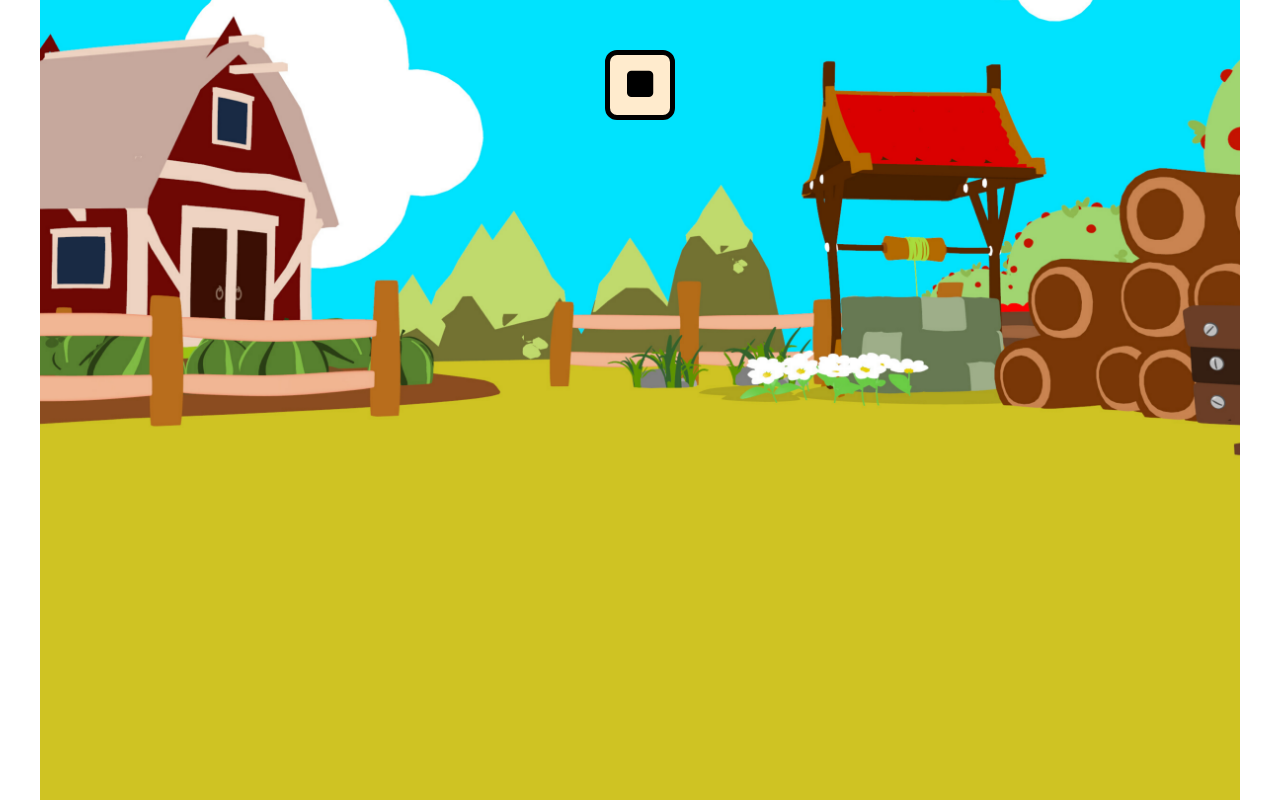
Repository: keehoonjung/Bug-Game
Page: index.html
These files come from the project's save history. The page is drawn as it stood at one moment and after the next save; the edit follows.
The browser window is 1280 px wide. The pictures show the whole page.
After loading, the first visible `button.play__btn` was clicked once.
Some web libraries are served in a nearby version.

Above is the page before, as saved 2021-08-11 19:55:13.
Console error: ReferenceError: CARROT_COUNT is not defined

After the next save:
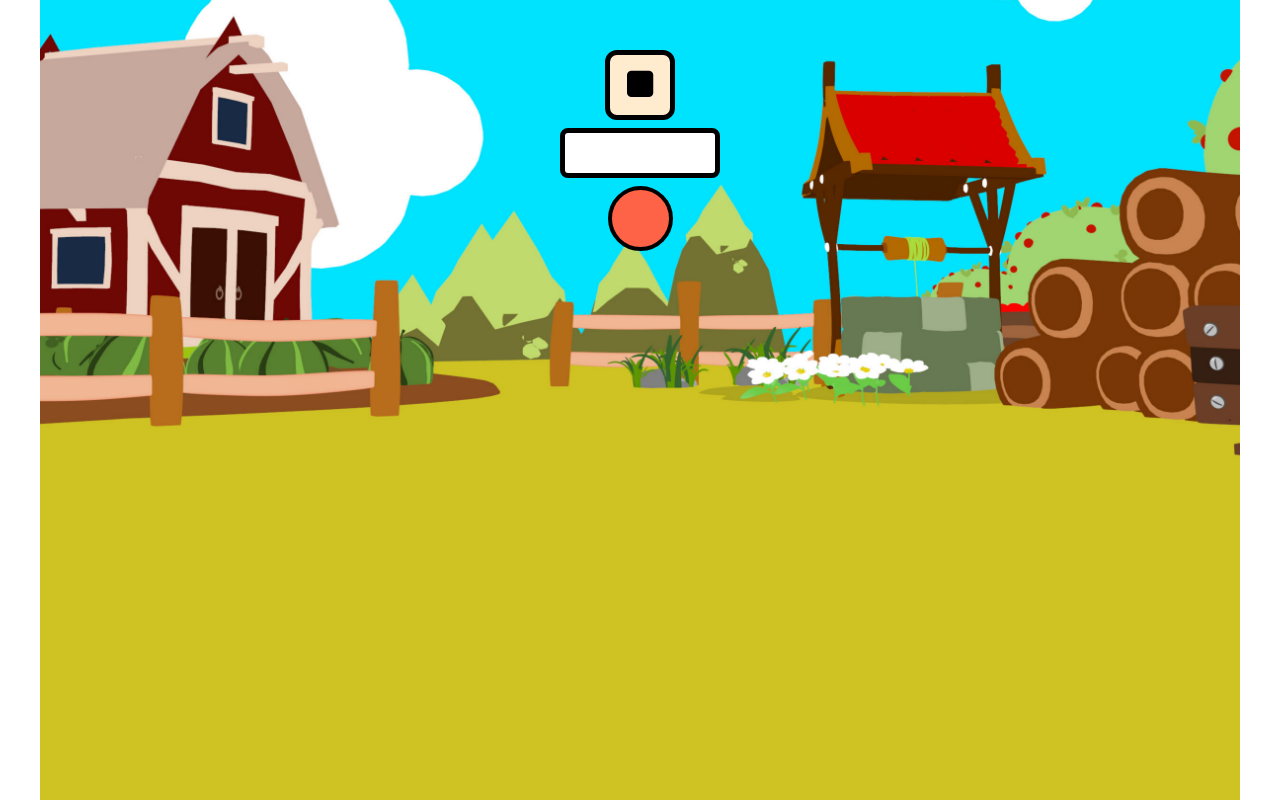
Console error: ReferenceError: score is not defined
Saved 9 s later.
--- a/src/game.js
+++ b/src/game.js
@@ -24,7 +24,7 @@
 
   start = () => {
     this.started = true;
-    this.score = CARROT_COUNT + 1;
+    this.score = this.CARROT_COUNT + 1;
     this.showStopButton();
     this.showScoreAndTimer();
     this.countCarrot();

After the 2 saves that followed:
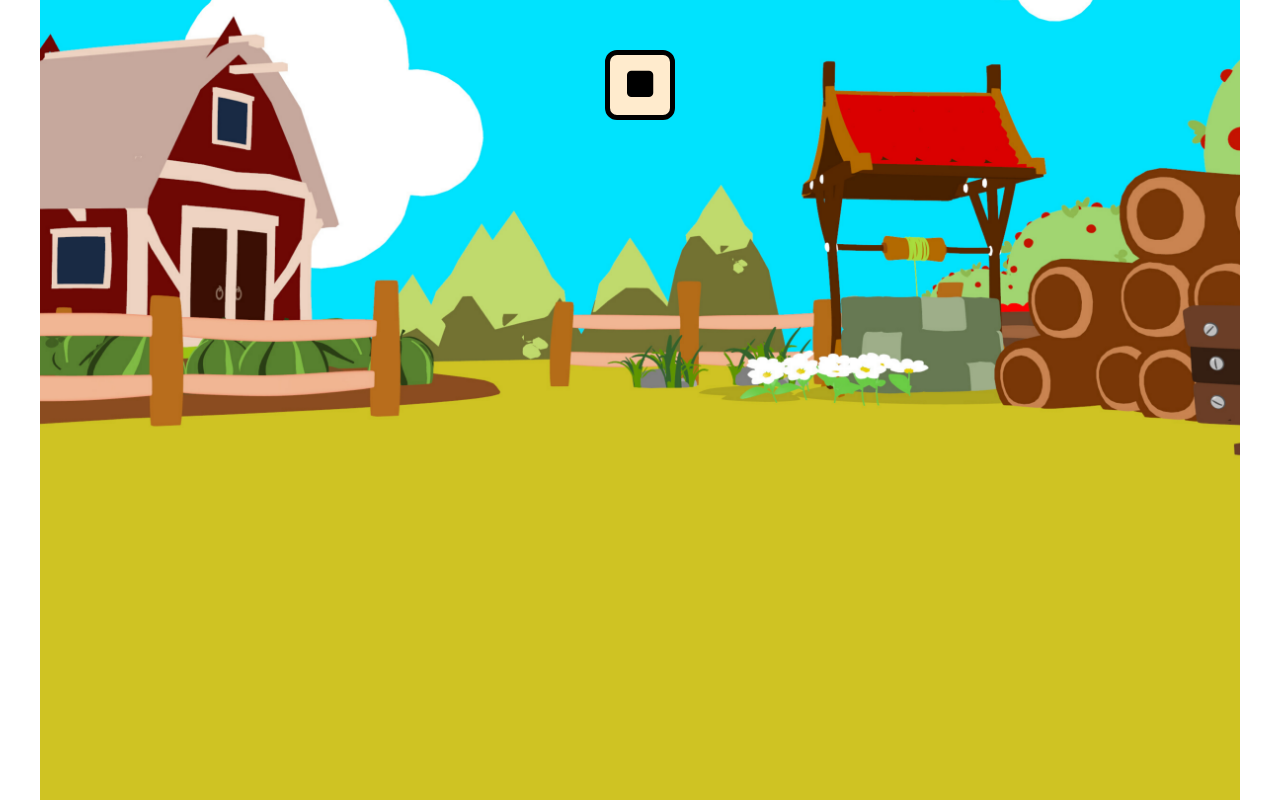
The 2 saves are shown as one change because 1 left the picture as it was.
The last was saved 2 min 13 s later.
--- a/src/game.js
+++ b/src/game.js
@@ -8,9 +8,9 @@
     this.gameScore = document.querySelector(".count");
     this.playBtn = document.querySelector(".play__btn");
     this.gameTimer = document.querySelector(".timer");
-    this.score;
-    this.timeInterver;
-    this.started = false;
+    let score;
+    let timeInterver;
+    let started = false;
 
     this.playBtn.addEventListener("click", () => {
       if (this.started) {
@@ -24,7 +24,7 @@
 
   start = () => {
     this.started = true;
-    this.score = this.CARROT_COUNT + 1;
+    score = this.CARROT_COUNT + 1;
     this.showStopButton();
     this.showScoreAndTimer();
     this.countCarrot();
